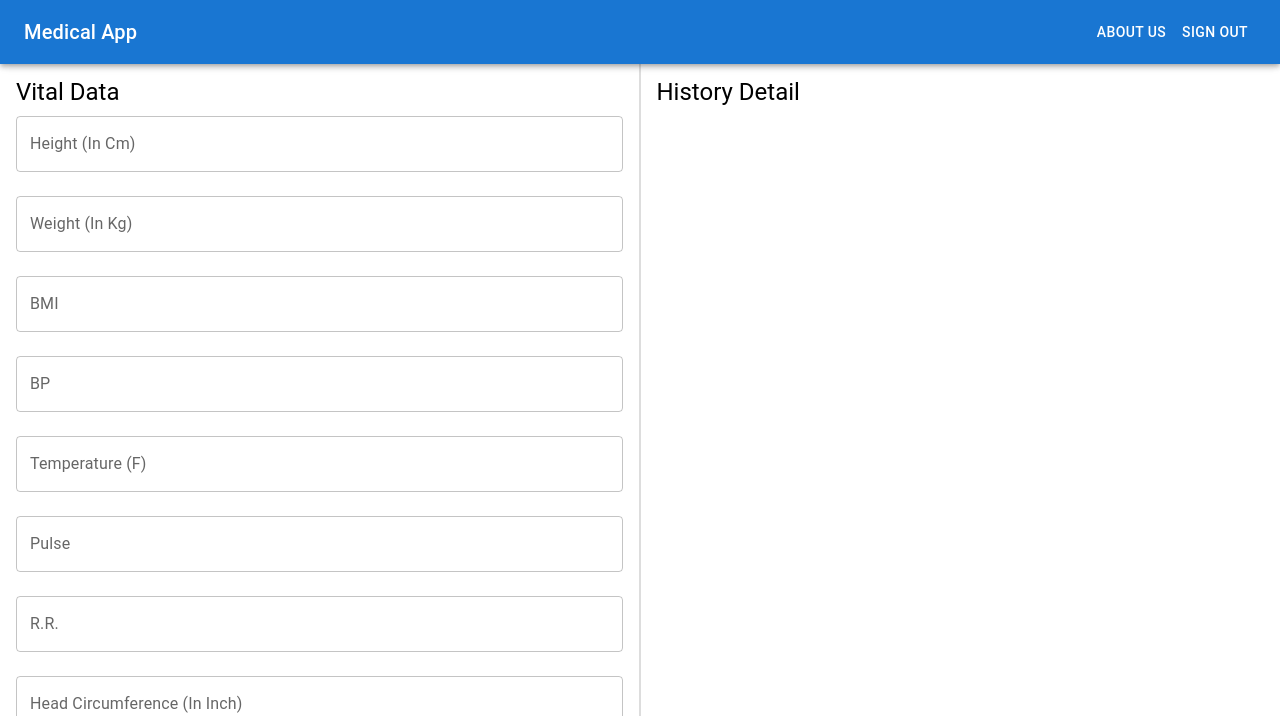
Repository: sshaiv/demo_project
Page: /
These files come from the project's save history. The page is drawn as it stood at one moment and after the next save; the edit follows.
The browser window is 1280 px wide. The pictures show the whole page.
An inner scrolling area shows only its first screen. The project was rebuilt for these pictures with package versions that can differ from the ones it lists, and the page was loaded fresh each time.

Above is the page before, as saved 2024-08-12 20:18:12.

### src/App.js
// src/App.js
import React from 'react';
import { Box, Container } from '@mui/material';
import LeftSection from './components/LeftSection';
import RightSection from './components/RightSection';
import Header from './components/Header'; // Assuming you have a Header component

const App = () => {
  return (
    <div>
      <Header /> {/* Include your header if you have one */}
     <br /><br /><br />
      <Box
        sx={{
          display: 'flex',
          height: 'calc(100vh - 64px)', // Adjust height if you have a header
        }}
      >
        <Box sx={{ width: '50%', overflowY: 'scroll' }}>
          <LeftSection />
        </Box>
        <Box sx={{ width: '50%', borderLeft: '1px solid #ddd' }}>
          <RightSection />
        </Box>
      </Box>
    </div>
  );
};

export default App;

### src/components/LeftSection.jsx
// src/components/LeftSection.js
import React from 'react';
import { Box, Typography, TextField, Grid } from '@mui/material';

const LeftSection = () => {
  return (
    <Box
      sx={{
        width: '100%',
        height: 'calc(100vh - 64px)',
        overflowY: 'scroll',
        padding: '16px',
        boxSizing: 'border-box',
        borderRight: '1px solid #ddd',
      }}
    >
      <Typography variant="h5" gutterBottom>
        Vital Data
      </Typography>
      {/* Add your form fields or content here */}
      <Grid container spacing={3}>
        <Grid item xs={12}>
          <TextField label="Height (In Cm)" fullWidth />
        </Grid>
        <Grid item xs={12}>
          <TextField label="Weight (In Kg)" fullWidth />
        </Grid>
        <Grid item xs={12}>
          <TextField label="BMI" fullWidth />
        </Grid>
        <Grid item xs={12}>
          <TextField label="BP" fullWidth />
        </Grid>
        <Grid item xs={12}>
          <TextField label="Temperature (F)" fullWidth />
        </Grid>
        <Grid item xs={12}>
          <TextField label="Pulse" fullWidth />
        </Grid>
        <Grid item xs={12}>
          <TextField label="R.R." fullWidth />
        </Grid>
        <Grid item xs={12}>
          <TextField label="Head Circumference (In Inch)" fullWidth />
        </Grid>
        <Grid item xs={12}>
          <TextField label="SpO2 (%)" fullWidth />
        </Grid>
        <Grid item xs={12}>
          <TextField label="Pain Score" fullWidth />
        </Grid>
        {/* Add more fields as needed */}
      </Grid>
    </Box>
  );
};

export default LeftSection;

### src/components/RightSection.jsx
// src/components/RightSection.js
import React from 'react';
import { Box, Typography } from '@mui/material';

const RightSection = () => {
  return (
    <Box
      sx={{
        width: '100%',
        height: 'calc(100vh - 64px)',
        padding: '16px',
        boxSizing: 'border-box',
      }}
    >
      <Typography variant="h5" gutterBottom>
        History Detail
      </Typography>
      {/* Add more content as needed */}
    </Box>
  );
};

export default RightSection;

### src/components/Header.js
import React from 'react';
import { AppBar, Toolbar, Typography, Button } from '@mui/material';

const Header = () => {
  return (
    <AppBar position="fixed">
      <Toolbar>
        <Typography variant="h6" style={{ flexGrow: 1 }}>
          Medical App
        </Typography>
        <Button color="inherit">About Us</Button>
        <Button color="inherit">Sign Out</Button>
      </Toolbar>
    </AppBar>
  );
};

export default Header;

Loaded but not shown: public/index.html (common file); src/index.js (common file); src/index.css (common file)

After the next save:
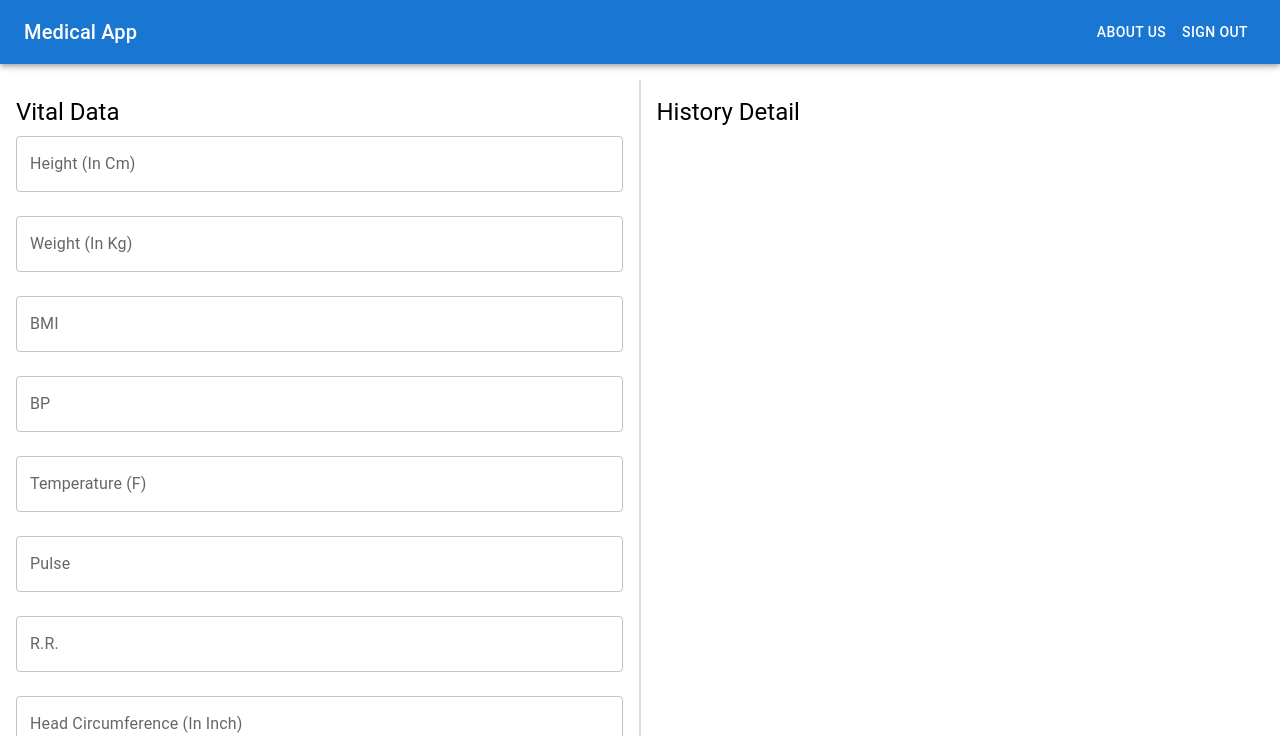
Saved 4 s later.
--- a/src/App.js
+++ b/src/App.js
@@ -9,7 +9,7 @@ const App = () => {
   return (
     <div>
       <Header /> {/* Include your header if you have one */}
-     <br /><br /><br />
+     <br /><br /><br /><br />
       <Box
         sx={{
           display: 'flex',
